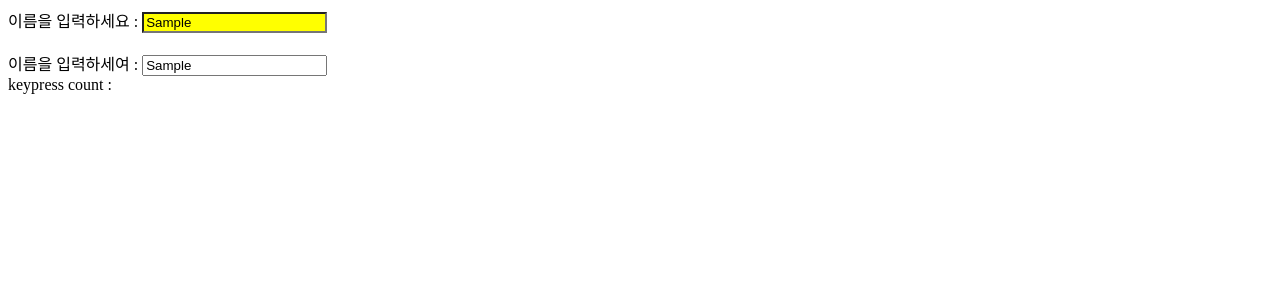
Repository: Dalso13/workspace
Page: workspace_web/chapter04_jQuery/WebContent/Ex05_jQuery_keyboard_event.html
These files come from the project's save history. The page is drawn as it stood at one moment and after the next save; the edit follows.
The browser window is 1280 px wide. The pictures show the whole page.
Empty fields were first filled with sample values (such as "Sample", 5 or name@example.com).
After loading, the first visible `#input1` was changed once.

Above is the page before, as saved 2023-05-16 05:42:27.

### workspace_web/chapter04_jQuery/WebContent/Ex05_jQuery_keyboard_event.html
<!DOCTYPE html>
<html>
<head>
<meta charset="UTF-8">
<title>Insert title here</title>
<script src="js/jquery-3.4.1.js"></script>
<script type="text/javascript">
	/*
		키보드 이벤트
		keydown		키보드에서 키를 누르면 발생
		keypress	키보드에서 키를 누르면 발생 (일부 키 적용x)alt, ctrl, ghift, esc
		keyup		키보드에서 누르고 있던 키를 놓으면 발생
	*/
	$(function() {
		// keydown
		$("#input1").keydown(function () {
			$(this).css("background-color", "yellow")
		});
		$("#input1").keyup(function () {
			$(this).css("background-color", "yellow")
		});
	});
</script>
</head>
<body>
	이름을 입력하세요 : <input type="text" id="input1">
	<br>
	<br>
	이름을 입력하세여 : <input type="text" id="input2">
	<p style="margin: 0">
		keypress count : <span></span>
	</p>
</body>
</html>

Loaded but not shown: workspace_web/chapter04_jQuery/WebContent/js/jquery-3.4.1.js (library)

After the next save:
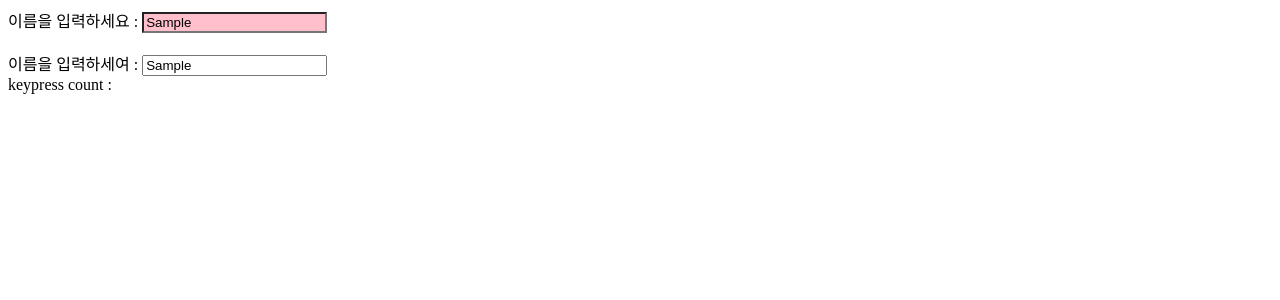
Saved 5 s later.
--- a/workspace_web/chapter04_jQuery/WebContent/Ex05_jQuery_keyboard_event.html
+++ b/workspace_web/chapter04_jQuery/WebContent/Ex05_jQuery_keyboard_event.html
@@ -17,7 +17,7 @@
 			$(this).css("background-color", "yellow")
 		});
 		$("#input1").keyup(function () {
-			$(this).css("background-color", "yellow")
+			$(this).css("background-color", "pink")
 		});
 	});
 </script>
